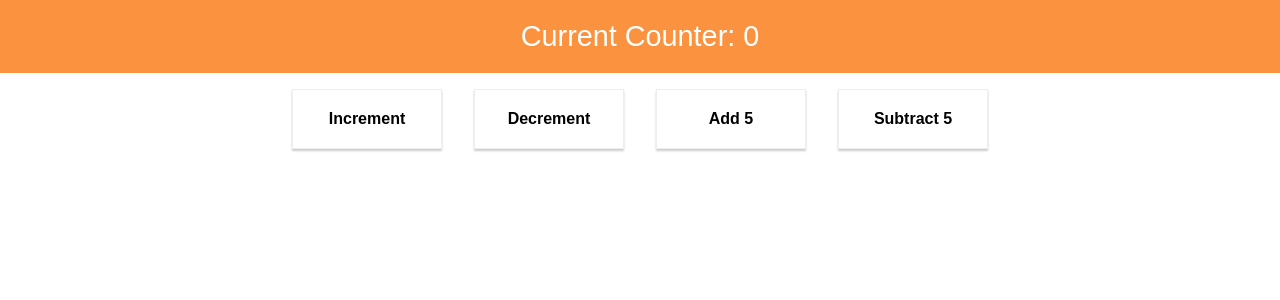
Repository: Aqsajj/react-learning
Page: / (app in redux/redux--01-start/)
These files come from the project's save history. The page is drawn as it stood at one moment and after the next save; the edit follows.
The browser window is 1280 px wide. The pictures show the whole page.
The project was rebuilt for these pictures with package versions that can differ from the ones it lists, and the page was loaded fresh each time.

Above is the page before, as saved 2020-06-04 13:04:13.

After the next save:
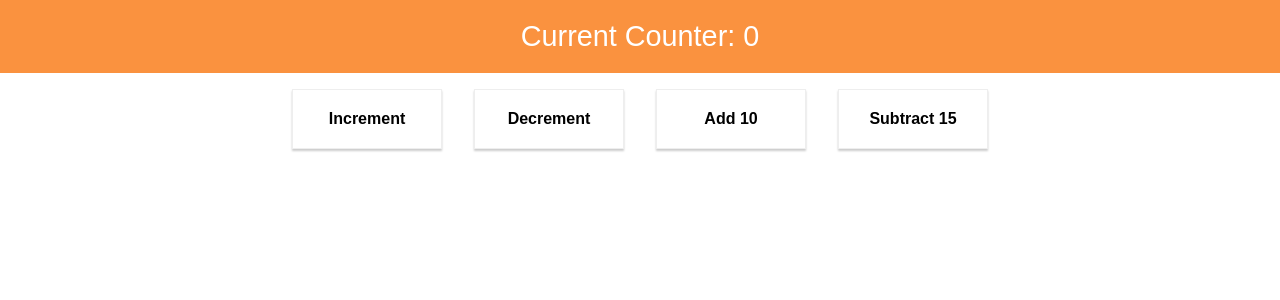
Saved 96 s later.
--- a/redux/redux--01-start/src/containers/Counter/Counter.js
+++ b/redux/redux--01-start/src/containers/Counter/Counter.js
@@ -31,8 +31,8 @@ class Counter extends Component {
                 <CounterOutput value={this.props.ctr} />
                 <CounterControl label="Increment" clicked={this.props.onIncrementCounter} />
                 <CounterControl label="Decrement" clicked={this.props.onDecrementCounter} />
-                <CounterControl label="Add 5" clicked={this.props.onAddCounter} />
-                <CounterControl label="Subtract 5" clicked={this.props.onSubtractCounter} />
+                <CounterControl label="Add 10" clicked={this.props.onAddCounter} />
+                <CounterControl label="Subtract 15" clicked={this.props.onSubtractCounter} />
             </div>
         );
     }
